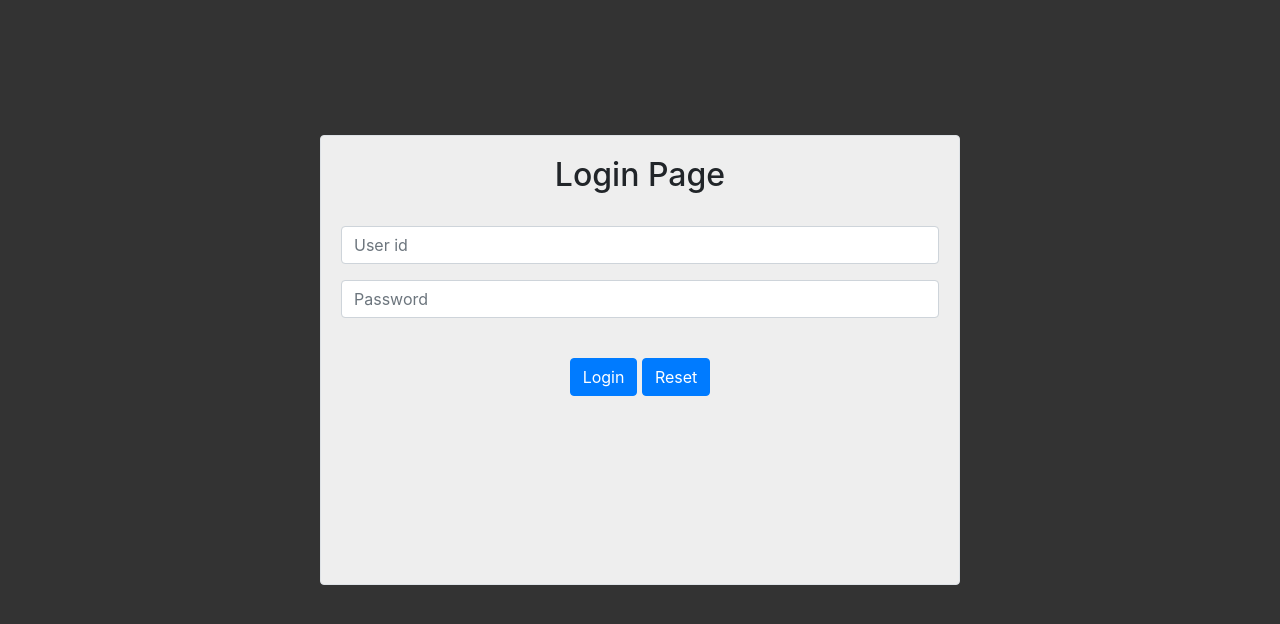
Repository: rkmr039/EMS_PROJECT
Page: EMS/WebContent/login2.html
These files come from the project's save history. The page is drawn as it stood at one moment and after the next save; the edit follows.
The browser window is 1280 px wide. The pictures show the whole page.

Above is the page before, as saved 2019-08-30 07:09:06.
Console error: TypeError: Cannot read properties of undefined (reading 'fn')

### EMS/WebContent/login2.html
<!DOCTYPE html>
<html>
<head>
<meta charset="ISO-8859-1">
<title>Login | EMS </title>
<link rel="stylesheet" href="https://stackpath.bootstrapcdn.com/bootstrap/4.3.1/css/bootstrap.min.css" integrity="sha384-ggOyR0iXCbMQv3Xipma34MD+dH/1fQ784/j6cY/iJTQUOhcWr7x9JvoRxT2MZw1T" crossorigin="anonymous">
<script src="https://stackpath.bootstrapcdn.com/bootstrap/4.3.1/js/bootstrap.min.js" integrity="sha384-JjSmVgyd0p3pXB1rRibZUAYoIIy6OrQ6VrjIEaFf/nJGzIxFDsf4x0xIM+B07jRM" crossorigin="anonymous"></script>
<style>
body {
    background:#333;
}
.form_bg {
    background-color:#eee;
    padding:20px;
    position: absolute;
    margin: auto;
    top: 0;
    right: 0;
    bottom: 0;
    left: 0;
    height:450px;
}
.align-center {
    text-align:center;
}
</style>

</head>
<body>
 <div class="container">
 	 <form method="post" action="login.jsp">
    <div class="row">
        <div class="form_bg w-50 border rounded">
           <h2 class="text-center">Login Page</h2>
           <br/>
           <div class="form-group">
               <input type="email" class="form-control" id="userid" placeholder="User id">
           </div>
           <div class="form-group">
               <input type="password" class="form-control" id="pwd" placeholder="Password">
           </div>
           <br/>
           <div class="form-group">
           		<div class="align-center">
                    <input type="submit" class="btn btn-primary" value="Login" id="login"/>
                    <input type="reset" value="Reset" class="btn btn-primary"/>
                </div>
     		</div>
        </div>
    </div>
    </form>
</div>
	<script src="https://code.jquery.com/jquery-3.3.1.slim.min.js" integrity="sha384-q8i/X+965DzO0rT7abK41JStQIAqVgRVzpbzo5smXKp4YfRvH+8abtTE1Pi6jizo" crossorigin="anonymous"></script>
<script src="https://cdnjs.cloudflare.com/ajax/libs/popper.js/1.14.7/umd/popper.min.js" integrity="sha384-UO2eT0CpHqdSJQ6hJty5KVphtPhzWj9WO1clHTMGa3JDZwrnQq4sF86dIHNDz0W1" crossorigin="anonymous"></script>

</body>
</html>

After the next save:
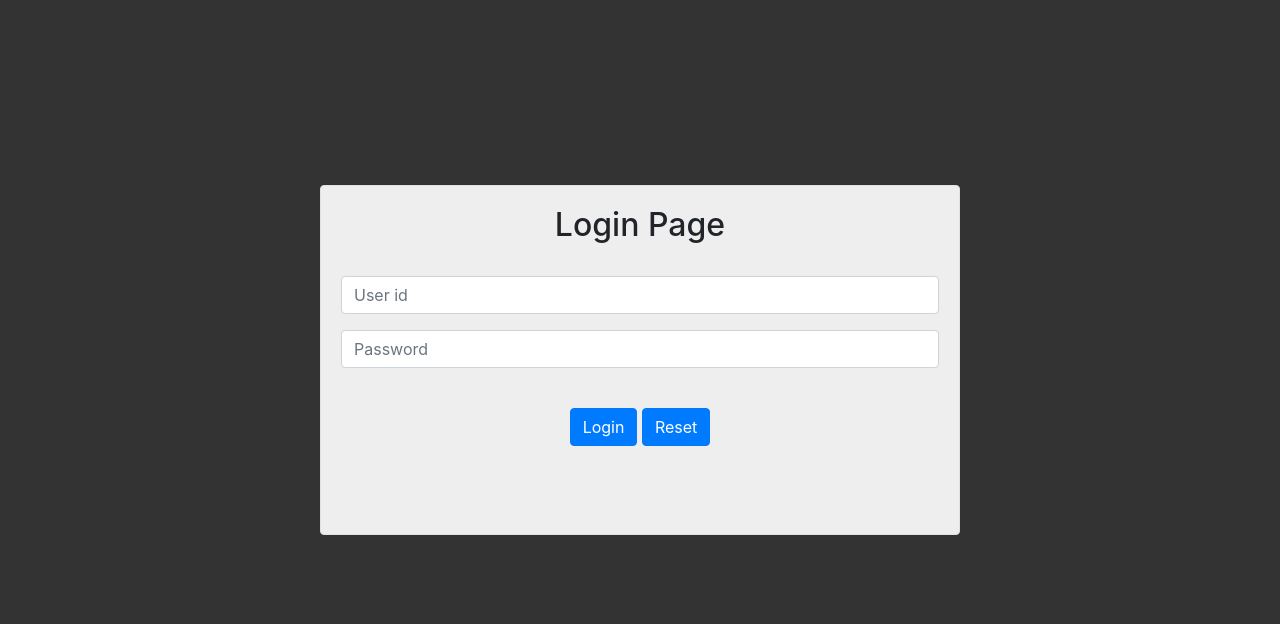
Saved 7 s later.
--- a/EMS/WebContent/login2.html
+++ b/EMS/WebContent/login2.html
@@ -18,7 +18,7 @@ body {
     right: 0;
     bottom: 0;
     left: 0;
-    height:450px;
+    height:350px;
 }
 .align-center {
     text-align:center;
